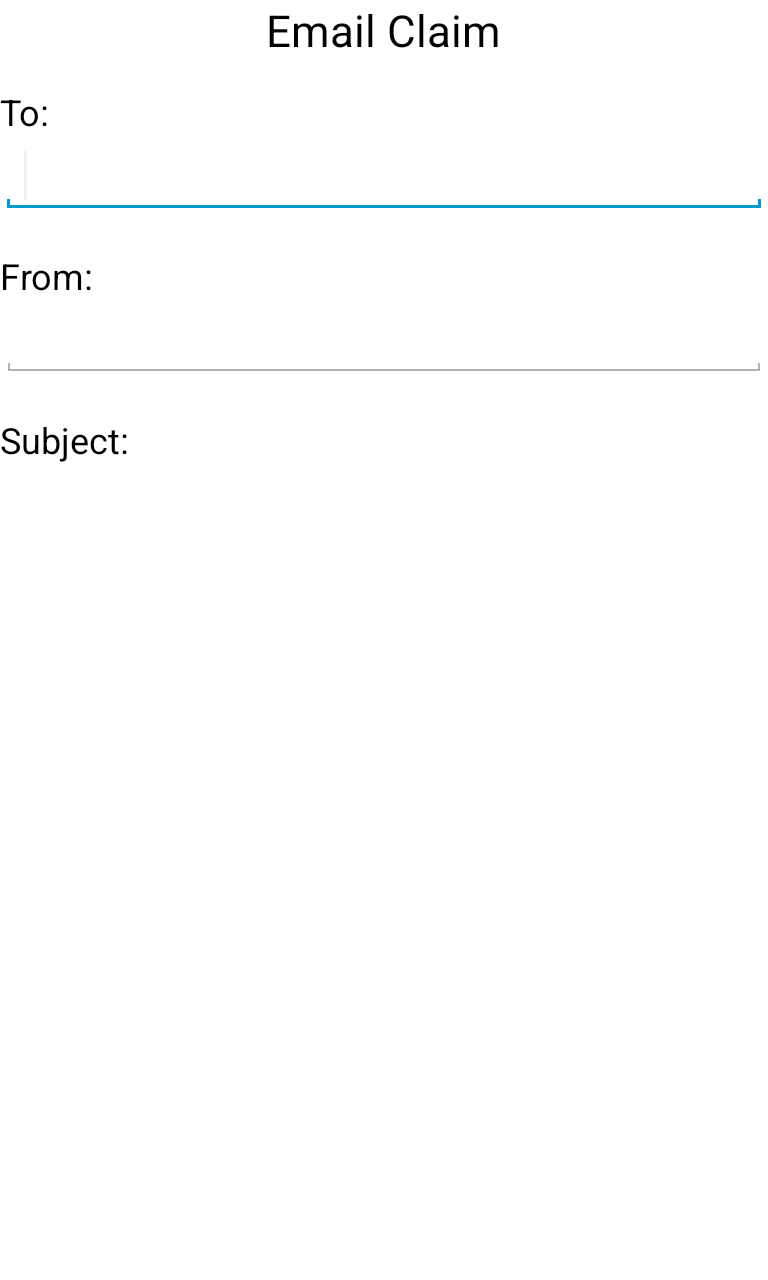
Repository: ReverseOni/Assignment1
Layout: MamesserAssign1/res/layout/email_claim.xml
The author's editor kept a copy of each file at every save. The layout is drawn from the files as they stood at one save, then again after the next save.
It is drawn on a 768 x 1280 px phone screen (xhdpi) without system bars, with theme AppTheme; the app's code is not run.

Above is the layout before, as saved 2015-01-24 19:47:52.

### MamesserAssign1/res/layout/email_claim.xml
<?xml version="1.0" encoding="utf-8"?>
<RelativeLayout xmlns:android="http://schemas.android.com/apk/res/android"
    android:layout_width="match_parent"
    android:layout_height="match_parent" >

    <TextView
        android:id="@+id/EmailTitle"
        android:layout_width="wrap_content"
        android:layout_height="wrap_content"
        android:layout_alignParentTop="true"
        android:layout_centerHorizontal="true"
        android:text="Email Claim"
        android:textAppearance="?android:attr/textAppearanceLarge" />

    <TextView
        android:id="@+id/EmailToTitle"
        android:layout_width="wrap_content"
        android:layout_height="wrap_content"
        android:layout_alignParentLeft="true"
        android:layout_below="@+id/EmailTitle"
        android:layout_marginTop="14dp"
        android:text="To:"
        android:textAppearance="?android:attr/textAppearanceMedium" />

    <EditText
        android:id="@+id/editText1"
        android:layout_width="wrap_content"
        android:layout_height="wrap_content"
        android:layout_alignParentLeft="true"
        android:layout_alignParentRight="true"
        android:layout_below="@+id/EmailToTitle"
        android:ems="10"
        android:inputType="textEmailAddress" >

        <requestFocus />
    </EditText>

    <TextView
        android:id="@+id/EmailFromTitle"
        android:layout_width="wrap_content"
        android:layout_height="wrap_content"
        android:layout_alignParentLeft="true"
        android:layout_below="@+id/editText1"
        android:layout_marginTop="18dp"
        android:text="From:"
        android:textAppearance="?android:attr/textAppearanceMedium" />

    <EditText
        android:id="@+id/editText2"
        android:layout_width="wrap_content"
        android:layout_height="wrap_content"
        android:layout_alignParentLeft="true"
        android:layout_alignParentRight="true"
        android:layout_below="@+id/EmailFromTitle"
        android:ems="10"
        android:inputType="textEmailAddress" />

    <TextView
        android:id="@+id/EmailSubjectTitle"
        android:layout_width="wrap_content"
        android:layout_height="wrap_content"
        android:layout_alignParentLeft="true"
        android:layout_below="@+id/editText2"
        android:layout_marginTop="18dp"
        android:text="Subject:"
        android:textAppearance="?android:attr/textAppearanceMedium" />

</RelativeLayout>

Loaded but not shown: MamesserAssign1/res/values/styles.xml (common file); MamesserAssign1/res/values-v11/styles.xml (common file); MamesserAssign1/res/values-v14/styles.xml (common file)

After the next save:
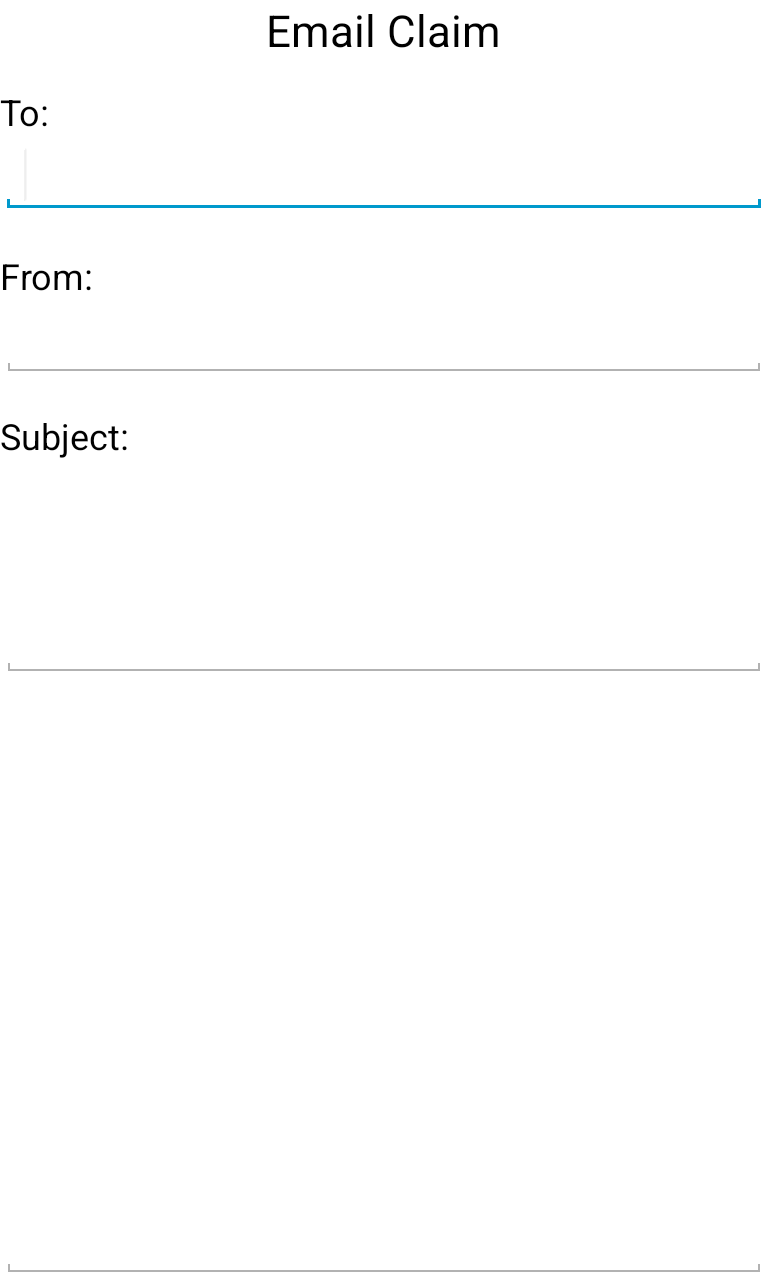
Saved 4 min 30 s later.
--- a/MamesserAssign1/res/layout/email_claim.xml
+++ b/MamesserAssign1/res/layout/email_claim.xml
@@ -23,7 +23,7 @@
         android:textAppearance="?android:attr/textAppearanceMedium" />
 
     <EditText
-        android:id="@+id/editText1"
+        android:id="@+id/EmailToText"
         android:layout_width="wrap_content"
         android:layout_height="wrap_content"
         android:layout_alignParentLeft="true"
@@ -40,13 +40,13 @@
         android:layout_width="wrap_content"
         android:layout_height="wrap_content"
         android:layout_alignParentLeft="true"
-        android:layout_below="@+id/editText1"
+        android:layout_below="@+id/EmailToText"
         android:layout_marginTop="18dp"
         android:text="From:"
         android:textAppearance="?android:attr/textAppearanceMedium" />
 
     <EditText
-        android:id="@+id/editText2"
+        android:id="@+id/EmailFromText"
         android:layout_width="wrap_content"
         android:layout_height="wrap_content"
         android:layout_alignParentLeft="true"
@@ -60,9 +60,30 @@
         android:layout_width="wrap_content"
         android:layout_height="wrap_content"
         android:layout_alignParentLeft="true"
-        android:layout_below="@+id/editText2"
-        android:layout_marginTop="18dp"
+        android:layout_below="@+id/EmailFromText"
+        android:layout_marginTop="16dp"
         android:text="Subject:"
         android:textAppearance="?android:attr/textAppearanceMedium" />
 
+    <EditText
+        android:id="@+id/EmailSubjectLineText"
+        android:layout_width="wrap_content"
+        android:layout_height="wrap_content"
+        android:layout_alignParentLeft="true"
+        android:layout_alignParentRight="true"
+        android:layout_centerVertical="true"
+        android:ems="10" />
+
+    <EditText
+        android:id="@+id/EmailDescriptionText"
+        android:layout_width="wrap_content"
+        android:layout_height="wrap_content"
+        android:layout_alignParentBottom="true"
+        android:layout_alignParentLeft="true"
+        android:layout_alignParentRight="true"
+        android:layout_below="@+id/EmailSubjectLineText"
+        android:layout_marginTop="15dp"
+        android:ems="10"
+        android:inputType="textMultiLine" />
+
 </RelativeLayout>
